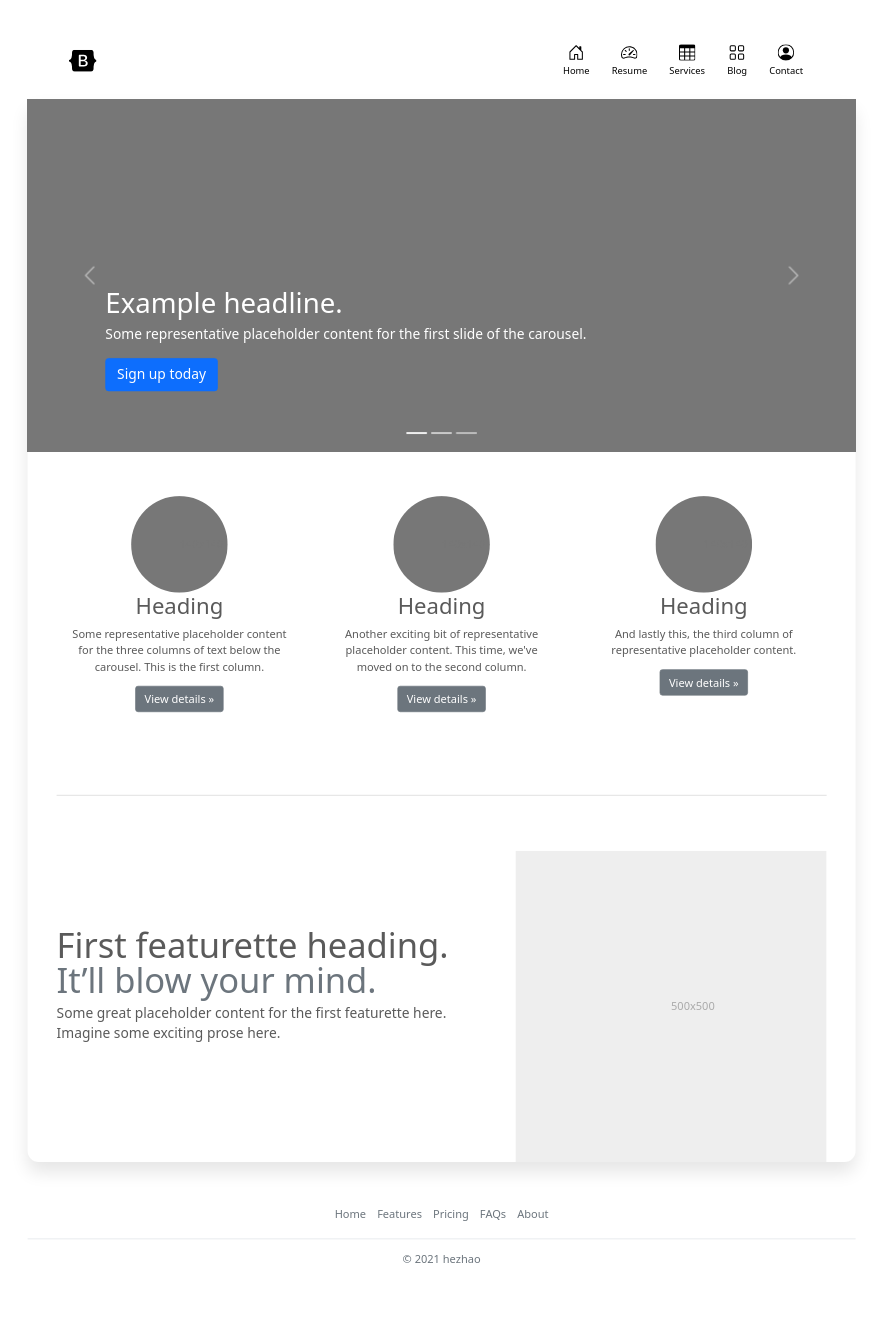
Repository: HeZhao-hugh/personal-web
Page: index.html
The author's editor kept a copy of each file at every save. The page is drawn from the files as they stood at one save, then again after the next save.
The browser window is 1280 px wide. The pictures show the whole page, at 69% of full size.

Above is the page before, as saved 2022-01-19 18:20:26.

### index.html
<!DOCTYPE html>
<html lang="en">

<head>
    <meta charset="UTF-8">
    <meta http-equiv="X-UA-Compatible" content="IE=edge">
    <meta name="viewport" content="width=device-width, initial-scale=1.0">
    <link href="https://cdn.jsdelivr.net/npm/bootstrap@5.1.3/dist/css/bootstrap.min.css" rel="stylesheet"
        integrity="sha384-1BmE4kWBq78iYhFldvKuhfTAU6auU8tT94WrHftjDbrCEXSU1oBoqyl2QvZ6jIW3" crossorigin="anonymous">
    <script src="https://cdn.jsdelivr.net/npm/bootstrap@5.1.3/dist/js/bootstrap.bundle.min.js"
        integrity="sha384-ka7Sk0Gln4gmtz2MlQnikT1wXgYsOg+OMhuP+IlRH9sENBO0LRn5q+8nbTov4+1p" crossorigin="anonymous">
    </script>

    <!-- Custom styles for this template -->
    <link href="style.css" rel="stylesheet">
    <title>Document</title>
</head>

<body>
    <svg xmlns="http://www.w3.org/2000/svg" style="display: none;">
        <symbol id="bootstrap" viewBox="0 0 118 94">
            <title>Bootstrap</title>
            <path fill-rule="evenodd" clip-rule="evenodd"
                d="M24.509 0c-6.733 0-11.715 5.893-11.492 12.284.214 6.14-.064 14.092-2.066 20.577C8.943 39.365 5.547 43.485 0 44.014v5.972c5.547.529 8.943 4.649 10.951 11.153 2.002 6.485 2.28 14.437 2.066 20.577C12.794 88.106 17.776 94 24.51 94H93.5c6.733 0 11.714-5.893 11.491-12.284-.214-6.14.064-14.092 2.066-20.577 2.009-6.504 5.396-10.624 10.943-11.153v-5.972c-5.547-.529-8.934-4.649-10.943-11.153-2.002-6.484-2.28-14.437-2.066-20.577C105.214 5.894 100.233 0 93.5 0H24.508zM80 57.863C80 66.663 73.436 72 62.543 72H44a2 2 0 01-2-2V24a2 2 0 012-2h18.437c9.083 0 15.044 4.92 15.044 12.474 0 5.302-4.01 10.049-9.119 10.88v.277C75.317 46.394 80 51.21 80 57.863zM60.521 28.34H49.948v14.934h8.905c6.884 0 10.68-2.772 10.68-7.727 0-4.643-3.264-7.207-9.012-7.207zM49.948 49.2v16.458H60.91c7.167 0 10.964-2.876 10.964-8.281 0-5.406-3.903-8.178-11.425-8.178H49.948z">
            </path>
        </symbol>
        <symbol id="Home" viewBox="0 0 16 16">
            <path
                d="M8.354 1.146a.5.5 0 0 0-.708 0l-6 6A.5.5 0 0 0 1.5 7.5v7a.5.5 0 0 0 .5.5h4.5a.5.5 0 0 0 .5-.5v-4h2v4a.5.5 0 0 0 .5.5H14a.5.5 0 0 0 .5-.5v-7a.5.5 0 0 0-.146-.354L13 5.793V2.5a.5.5 0 0 0-.5-.5h-1a.5.5 0 0 0-.5.5v1.293L8.354 1.146zM2.5 14V7.707l5.5-5.5 5.5 5.5V14H10v-4a.5.5 0 0 0-.5-.5h-3a.5.5 0 0 0-.5.5v4H2.5z" />
        </symbol>
        <symbol id="Resume" viewBox="0 0 16 16">
            <path
                d="M8 4a.5.5 0 0 1 .5.5V6a.5.5 0 0 1-1 0V4.5A.5.5 0 0 1 8 4zM3.732 5.732a.5.5 0 0 1 .707 0l.915.914a.5.5 0 1 1-.708.708l-.914-.915a.5.5 0 0 1 0-.707zM2 10a.5.5 0 0 1 .5-.5h1.586a.5.5 0 0 1 0 1H2.5A.5.5 0 0 1 2 10zm9.5 0a.5.5 0 0 1 .5-.5h1.5a.5.5 0 0 1 0 1H12a.5.5 0 0 1-.5-.5zm.754-4.246a.389.389 0 0 0-.527-.02L7.547 9.31a.91.91 0 1 0 1.302 1.258l3.434-4.297a.389.389 0 0 0-.029-.518z" />
            <path fill-rule="evenodd"
                d="M0 10a8 8 0 1 1 15.547 2.661c-.442 1.253-1.845 1.602-2.932 1.25C11.309 13.488 9.475 13 8 13c-1.474 0-3.31.488-4.615.911-1.087.352-2.49.003-2.932-1.25A7.988 7.988 0 0 1 0 10zm8-7a7 7 0 0 0-6.603 9.329c.203.575.923.876 1.68.63C4.397 12.533 6.358 12 8 12s3.604.532 4.923.96c.757.245 1.477-.056 1.68-.631A7 7 0 0 0 8 3z" />
        </symbol>
        <symbol id="Services" viewBox="0 0 16 16">
            <path
                d="M0 2a2 2 0 0 1 2-2h12a2 2 0 0 1 2 2v12a2 2 0 0 1-2 2H2a2 2 0 0 1-2-2V2zm15 2h-4v3h4V4zm0 4h-4v3h4V8zm0 4h-4v3h3a1 1 0 0 0 1-1v-2zm-5 3v-3H6v3h4zm-5 0v-3H1v2a1 1 0 0 0 1 1h3zm-4-4h4V8H1v3zm0-4h4V4H1v3zm5-3v3h4V4H6zm4 4H6v3h4V8z" />
        </symbol>
        <symbol id="Contact" viewBox="0 0 16 16">
            <path d="M11 6a3 3 0 1 1-6 0 3 3 0 0 1 6 0z" />
            <path fill-rule="evenodd"
                d="M0 8a8 8 0 1 1 16 0A8 8 0 0 1 0 8zm8-7a7 7 0 0 0-5.468 11.37C3.242 11.226 4.805 10 8 10s4.757 1.225 5.468 2.37A7 7 0 0 0 8 1z" />
        </symbol>
        <symbol id="Blog" viewBox="0 0 16 16">
            <path
                d="M1 2.5A1.5 1.5 0 0 1 2.5 1h3A1.5 1.5 0 0 1 7 2.5v3A1.5 1.5 0 0 1 5.5 7h-3A1.5 1.5 0 0 1 1 5.5v-3zM2.5 2a.5.5 0 0 0-.5.5v3a.5.5 0 0 0 .5.5h3a.5.5 0 0 0 .5-.5v-3a.5.5 0 0 0-.5-.5h-3zm6.5.5A1.5 1.5 0 0 1 10.5 1h3A1.5 1.5 0 0 1 15 2.5v3A1.5 1.5 0 0 1 13.5 7h-3A1.5 1.5 0 0 1 9 5.5v-3zm1.5-.5a.5.5 0 0 0-.5.5v3a.5.5 0 0 0 .5.5h3a.5.5 0 0 0 .5-.5v-3a.5.5 0 0 0-.5-.5h-3zM1 10.5A1.5 1.5 0 0 1 2.5 9h3A1.5 1.5 0 0 1 7 10.5v3A1.5 1.5 0 0 1 5.5 15h-3A1.5 1.5 0 0 1 1 13.5v-3zm1.5-.5a.5.5 0 0 0-.5.5v3a.5.5 0 0 0 .5.5h3a.5.5 0 0 0 .5-.5v-3a.5.5 0 0 0-.5-.5h-3zm6.5.5A1.5 1.5 0 0 1 10.5 9h3a1.5 1.5 0 0 1 1.5 1.5v3a1.5 1.5 0 0 1-1.5 1.5h-3A1.5 1.5 0 0 1 9 13.5v-3zm1.5-.5a.5.5 0 0 0-.5.5v3a.5.5 0 0 0 .5.5h3a.5.5 0 0 0 .5-.5v-3a.5.5 0 0 0-.5-.5h-3z" />
        </symbol>
    </svg>

    <main>

        <header>
            <div class="px-5 py-2 bg-white text-black">
                <div class="container">
                    <div class="d-flex flex-wrap align-items-center justify-content-center justify-content-lg-start">
                        <a href="/"
                            class="d-flex align-items-center my-2 my-lg-0 me-lg-auto text-black text-decoration-none">
                            <svg class="bi me-2" width="40" height="32" role="img" aria-label="Bootstrap">
                                <use href="#bootstrap" /></svg>
                        </a>

                        <ul class="nav col-12 col-lg-auto my-2 justify-content-center my-md-0 text-small">
                            <li>
                                <a href="#" class="nav-link text-black">
                                    <svg class="bi d-block mx-auto mb-1" width="24" height="24">
                                        <use href="#Home" /></svg>
                                    Home
                                </a>
                            </li>
                            <li>
                                <a href="#" class="nav-link text-black">
                                    <svg class="bi d-block mx-auto mb-1" width="24" height="24">
                                        <use href="#Resume" /></svg>
                                    Resume
                                </a>
                            </li>
                            <li>
                                <a href="#" class="nav-link text-black">
                                    <svg class="bi d-block mx-auto mb-1" width="24" height="24">
                                        <use href="#Services" /></svg>
                                    Services
                                </a>
                            </li>

                            <li>
                                <a href="#" class="nav-link text-black">
                                    <svg class="bi d-block mx-auto mb-1" width="24" height="24">
                                        <use href="#Blog" /></svg>
                                    Blog
                                </a>
                            </li>
                            <li>
                                <a href="#" class="nav-link text-black">
                                    <svg class="bi d-block mx-auto mb-1" width="24" height="24">
                                        <use href="#Contact" /></svg>
                                    Contact
                                </a>
                            </li>
                        </ul>
                    </div>
                </div>
            </div>
        </header>
        <!-- pages -->
        <div class="pages">
            <!-- Home page -->
            <div id="Home" class="page page--active">


                <div id="myCarousel" class="carousel slide" data-bs-ride="carousel">
                    <div class="carousel-indicators">
                        <button type="button" data-bs-target="#myCarousel" data-bs-slide-to="0" class="active"
                            aria-current="true" aria-label="Slide 1"></button>
                        <button type="button" data-bs-target="#myCarousel" data-bs-slide-to="1"
                            aria-label="Slide 2"></button>
                        <button type="button" data-bs-target="#myCarousel" data-bs-slide-to="2"
                            aria-label="Slide 3"></button>
                    </div>
                    <div class="carousel-inner">
                        <div class="carousel-item active">
                            <svg class="bd-placeholder-img" width="100%" height="100%"
                                xmlns="http://www.w3.org/2000/svg" aria-hidden="true"
                                preserveAspectRatio="xMidYMid slice" focusable="false">
                                <rect width="100%" height="100%" fill="#777" /></svg>

                            <div class="container">
                                <div class="carousel-caption text-start">
                                    <h1>Example headline.</h1>
                                    <p>Some representative placeholder content for the first slide of the carousel.</p>
                                    <p><a class="btn btn-lg btn-primary" href="#">Sign up today</a></p>
                                </div>
                            </div>
                        </div>
                        <div class="carousel-item">
                            <svg class="bd-placeholder-img" width="100%" height="100%"
                                xmlns="http://www.w3.org/2000/svg" aria-hidden="true"
                                preserveAspectRatio="xMidYMid slice" focusable="false">
                                <rect width="100%" height="100%" fill="#777" /></svg>

                            <div class="container">
                                <div class="carousel-caption">
                                    <h1>Another example headline.</h1>
                                    <p>Some representative placeholder content for the second slide of the carousel.</p>
                                    <p><a class="btn btn-lg btn-primary" href="#">Learn more</a></p>
                                </div>
                            </div>
                        </div>
                        <div class="carousel-item">
                            <svg class="bd-placeholder-img" width="100%" height="100%"
                                xmlns="http://www.w3.org/2000/svg" aria-hidden="true"
                                preserveAspectRatio="xMidYMid slice" focusable="false">
                                <rect width="100%" height="100%" fill="#777" /></svg>

                            <div class="container">
                                <div class="carousel-caption text-end">
                                    <h1>One more for good measure.</h1>
                                    <p>Some representative placeholder content for the third slide of this carousel.</p>
                                    <p><a class="btn btn-lg btn-primary" href="#">Browse gallery</a></p>
                                </div>
                            </div>
                        </div>
                    </div>
                    <button class="carousel-control-prev" type="button" data-bs-target="#myCarousel"
                        data-bs-slide="prev">
                        <span class="carousel-control-prev-icon" aria-hidden="true"></span>
                        <span class="visually-hidden">Previous</span>
                    </button>
                    <button class="carousel-control-next" type="button" data-bs-target="#myCarousel"
                        data-bs-slide="next">
                        <span class="carousel-control-next-icon" aria-hidden="true"></span>
                        <span class="visually-hidden">Next</span>
                    </button>
                </div> <!-- myCarousel -->

                <div class="container marketing">

                    <!-- Three columns of text below the carousel -->
                    <div class="row">
                        <div class="col-lg-4">
                            <svg class="bd-placeholder-img rounded-circle" width="140" height="140"
                                xmlns="http://www.w3.org/2000/svg" role="img" aria-label="Placeholder: 140x140"
                                preserveAspectRatio="xMidYMid slice" focusable="false">
                                <title>Placeholder</title>
                                <rect width="100%" height="100%" fill="#777" /><text x="50%" y="50%" fill="#777"
                                    dy=".3em">140x140</text>
                            </svg>

                            <h2>Heading</h2>
                            <p>Some representative placeholder content for the three columns of text below the carousel.
                                This is the first column.</p>
                            <p><a class="btn btn-secondary" href="#">View details &raquo;</a></p>
                        </div><!-- /.col-lg-4 -->
                        <div class="col-lg-4">
                            <svg class="bd-placeholder-img rounded-circle" width="140" height="140"
                                xmlns="http://www.w3.org/2000/svg" role="img" aria-label="Placeholder: 140x140"
                                preserveAspectRatio="xMidYMid slice" focusable="false">
                                <title>Placeholder</title>
                                <rect width="100%" height="100%" fill="#777" /><text x="50%" y="50%" fill="#777"
                                    dy=".3em">140x140</text>
                            </svg>

                            <h2>Heading</h2>
                            <p>Another exciting bit of representative placeholder content. This time, we've moved on to
                                the
                                second column.</p>
                            <p><a class="btn btn-secondary" href="#">View details &raquo;</a></p>
                        </div><!-- /.col-lg-4 -->
                        <div class="col-lg-4">
                            <svg class="bd-placeholder-img rounded-circle" width="140" height="140"
                                xmlns="http://www.w3.org/2000/svg" role="img" aria-label="Placeholder: 140x140"
                                preserveAspectRatio="xMidYMid slice" focusable="false">
                                <title>Placeholder</title>
                                <rect width="100%" height="100%" fill="#777" /><text x="50%" y="50%" fill="#777"
                                    dy=".3em">140x140</text>
                            </svg>

                            <h2>Heading</h2>
                            <p>And lastly this, the third column of representative placeholder content.</p>
                            <p><a class="btn btn-secondary" href="#">View details &raquo;</a></p>
                        </div><!-- /.col-lg-4 -->
                    </div><!-- /.row -->


                    <!-- START THE FEATURETTES -->

                    <hr class="featurette-divider">

                    <div class="row featurette">
                        <div class="col-md-7">
                            <h2 class="featurette-heading">First featurette heading. <span class="text-muted">It’ll blow
                                    your mind.</span></h2>
                            <p class="lead">Some great placeholder content for the first featurette here. Imagine some
                                exciting prose here.</p>
                        </div>
                        <div class="col-md-5">
                            <svg class="bd-placeholder-img bd-placeholder-img-lg featurette-image img-fluid mx-auto"
                                width="500" height="500" xmlns="http://www.w3.org/2000/svg" role="img"
                                aria-label="Placeholder: 500x500" preserveAspectRatio="xMidYMid slice"
                                focusable="false">
                                <title>Placeholder</title>
                                <rect width="100%" height="100%" fill="#eee" /><text x="50%" y="50%" fill="#aaa"
                                    dy=".3em">500x500</text>
                            </svg>

                        </div>
                    </div>



                    <!-- /END THE FEATURETTES -->

                </div>
            </div>
        </div>


        <footer class="py-3 my-4">
            <ul class="nav justify-content-center border-bottom pb-3 mb-3">
                <li class="nav-item"><a href="#" class="nav-link px-2 text-muted">Home</a></li>
                <li class="nav-item"><a href="#" class="nav-link px-2 text-muted">Features</a></li>
                <li class="nav-item"><a href="#" class="nav-link px-2 text-muted">Pricing</a></li>
                <li class="nav-item"><a href="#" class="nav-link px-2 text-muted">FAQs</a></li>
                <li class="nav-item"><a href="#" class="nav-link px-2 text-muted">About</a></li>
            </ul>
            <p class="text-center text-muted">&copy; 2021 hezhao</p>
        </footer>

    </main>
</body>

</html>

### style.css
  body{
    max-width: 1200px;
    margin: auto;
  }
  .form-control-dark {
    color: #fff;
    background-color: var(--bs-dark);
    border-color: var(--bs-gray);
  }
  .form-control-dark:focus {
    color: #fff;
    background-color: var(--bs-dark);
    border-color: #fff;
    box-shadow: 0 0 0 .25rem rgba(255, 255, 255, .25);
  }

  .bi {
    vertical-align: -.125em;
    fill: currentColor;
  }

  .text-small {
    font-size: 85%;
  }

  .dropdown-toggle {
    outline: 0;
  }

  .pages {
    padding: 15px 0;
    position: relative;
    flex: 1;
  }

  .page {
    display: none;
    position: absolute;
    top: 0;
    left: 0;
    right: 0;
    visibility: hidden;
    opacity: 0;
    border-radius: 16px;
    background: white;
    transition: visibility 0.3s, opacity 0.3s ease-in-out;
    box-shadow: 0px 15px 25px 0px rgba(0,0,0,0.1);
  }
  .page--active {
    display: block;
    position: relative;
    visibility: visible;
    opacity: 1;
  }
  .page_header {
    padding: 32px 64px;
    background-color: #377e9a;
    color: white;
    border-top-left-radius: 16px;
    border-top-right-radius: 16px;
  }
  .page_content {
    padding: 32px 64px;
    background-color: white;
    border-bottom-left-radius: 16px;
    border-bottom-right-radius: 16px;
  }


   /* GLOBAL STYLES
-------------------------------------------------- */
/* Padding below the footer and lighter body text */

body {
  padding-top: 3rem;
  padding-bottom: 3rem;
  color: #5a5a5a;
}


/* CUSTOMIZE THE CAROUSEL
-------------------------------------------------- */

/* Carousel base class */
.carousel {
  margin-bottom: 4rem;
}
/* Since positioning the image, we need to help out the caption */
.carousel-caption {
  bottom: 3rem;
  z-index: 10;
}

/* Declare heights because of positioning of img element */
.carousel-item {
  height: 32rem;
}
.carousel-item > img {
  position: absolute;
  top: 0;
  right: 0;
  min-width: 100%;
  height: 32rem;
}


/* MARKETING CONTENT
-------------------------------------------------- */

/* Center align the text within the three columns below the carousel */
.marketing .col-lg-4 {
  margin-bottom: 1.5rem;
  text-align: center;
}
.marketing h2 {
  font-weight: 400;
}
.marketing .col-lg-4 p {
  margin-right: .75rem;
  margin-left: .75rem;
}


/* Featurettes
------------------------- */

.featurette-divider {
  margin: 5rem 0; /* Space out the Bootstrap <hr> more */
}

/* Thin out the marketing headings */
.featurette-heading {
  font-weight: 300;
  line-height: 1;
}


/* RESPONSIVE CSS
-------------------------------------------------- */

@media (min-width: 40em) {
  /* Bump up size of carousel content */
  .carousel-caption p {
    margin-bottom: 1.25rem;
    font-size: 1.25rem;
    line-height: 1.4;
  }

  .featurette-heading {
    font-size: 50px;
  }
}

@media (min-width: 62em) {
  .featurette-heading {
    margin-top: 7rem;
  }
}

After the next save:
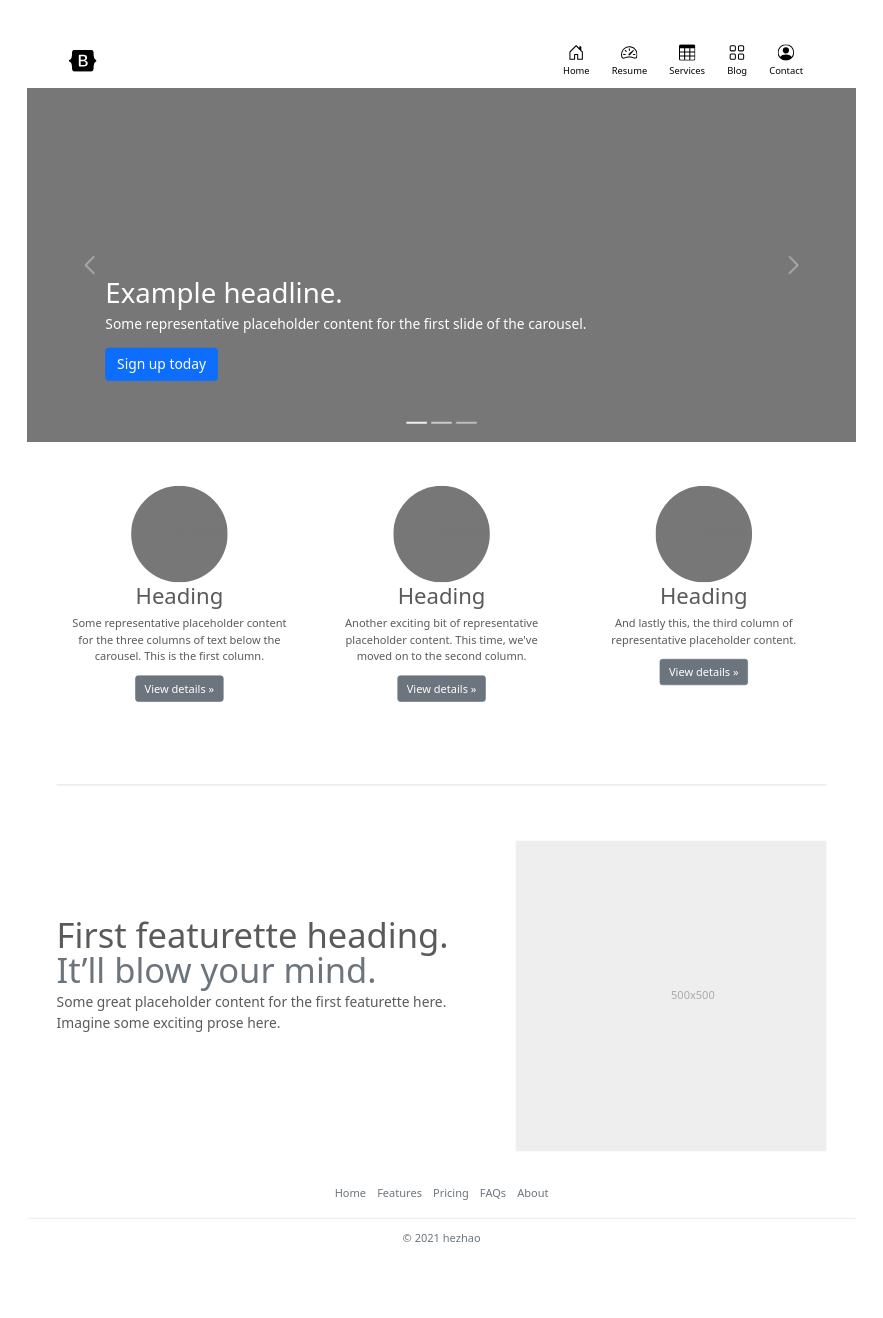
Saved 28 s later.
--- a/style.css
+++ b/style.css
@@ -27,44 +27,14 @@
     outline: 0;
   }
 
-  .pages {
-    padding: 15px 0;
-    position: relative;
-    flex: 1;
-  }
 
-  .page {
-    display: none;
-    position: absolute;
-    top: 0;
-    left: 0;
-    right: 0;
-    visibility: hidden;
-    opacity: 0;
-    border-radius: 16px;
-    background: white;
-    transition: visibility 0.3s, opacity 0.3s ease-in-out;
-    box-shadow: 0px 15px 25px 0px rgba(0,0,0,0.1);
-  }
   .page--active {
     display: block;
     position: relative;
     visibility: visible;
     opacity: 1;
   }
-  .page_header {
-    padding: 32px 64px;
-    background-color: #377e9a;
-    color: white;
-    border-top-left-radius: 16px;
-    border-top-right-radius: 16px;
-  }
-  .page_content {
-    padding: 32px 64px;
-    background-color: white;
-    border-bottom-left-radius: 16px;
-    border-bottom-right-radius: 16px;
-  }
+
 
 
    /* GLOBAL STYLES
